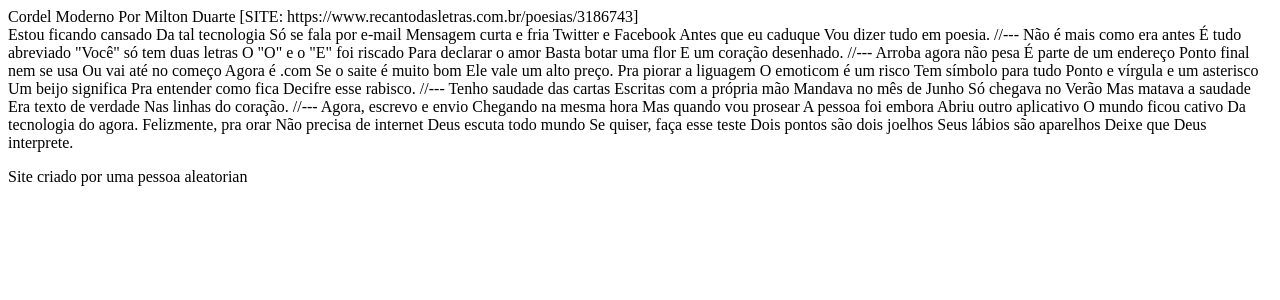
Repository: Codigo404q/html-css
Page: AHAHAHAHAHAHAHHHHHHHHHAHAHAHAHAHAHHAHAH/d012/index.html
The author's editor kept a copy of each file at every save. The page is drawn from the files as they stood at one save, then again after a run of saves.
The browser window is 1280 px wide. The pictures show the whole page.

Above is the page before, as saved 2024-01-07 22:20:59.

After the next 2 saves:
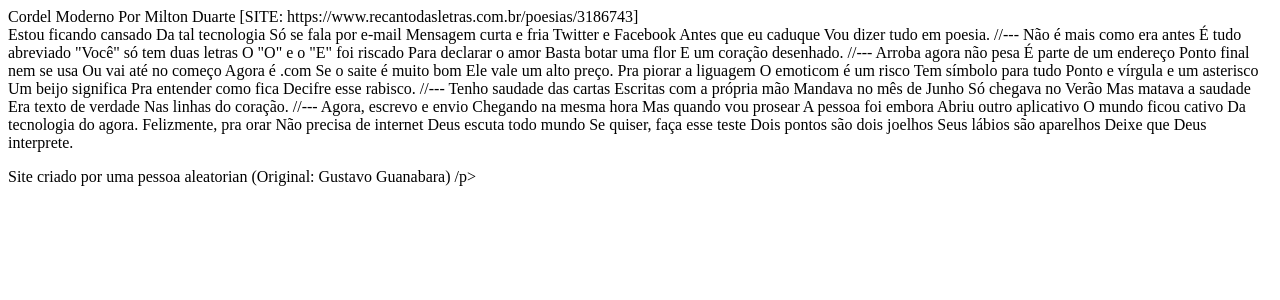
The 2 saves are shown as one change because they came seconds apart.
The last was saved 13 s later.
--- a/AHAHAHAHAHAHAHHHHHHHHHAHAHAHAHAHAHHAHAH/d012/index.html
+++ b/AHAHAHAHAHAHAHHHHHHHHHAHAHAHAHAHAHHAHAH/d012/index.html
@@ -77,7 +77,7 @@
     Deixe que Deus interprete.
 
     <footer>
-        <p>Site criado por uma pessoa aleatorian</p>
+        <p>Site criado por uma pessoa aleatorian (Original: Gustavo Guanabara) /p>
     </footer>
 </body>
 </html>
